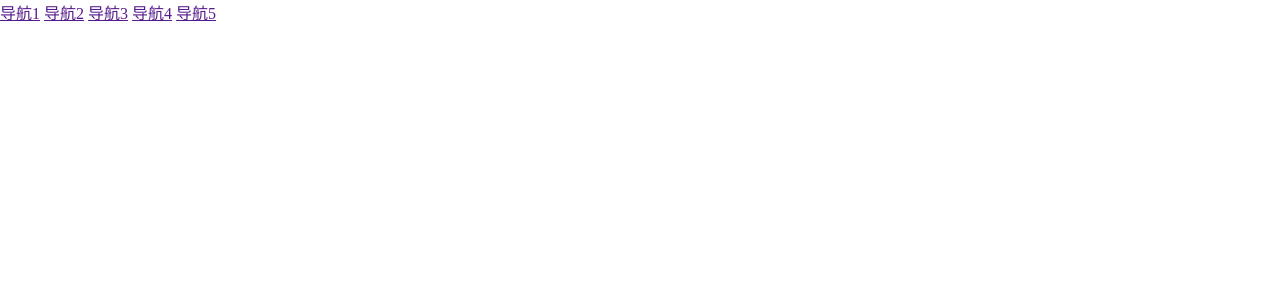
Repository: KaibutsuSama/CodePracticeExample
Page: Html5+Css3/Css3/02.背景属性/06.按钮例子.html
These files come from the project's save history. The page is drawn as it stood at one moment and after a run of saves; the edit follows.
The browser window is 1280 px wide. The pictures show the whole page.

Above is the page before, as saved 2023-01-29 22:01:38.

After the next 2 saves:
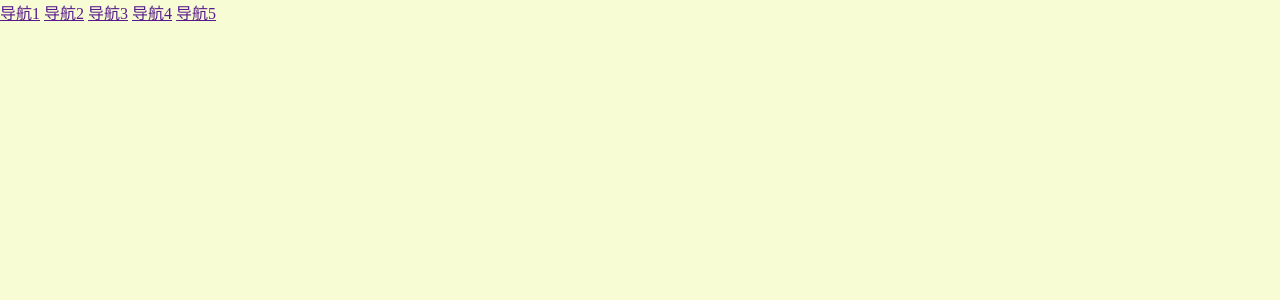
The 2 saves are shown as one change because they came seconds apart.
The last was saved 6 s later.
--- a/Html5+Css3/Css3/02.背景属性/06.按钮例子.html
+++ b/Html5+Css3/Css3/02.背景属性/06.按钮例子.html
@@ -14,8 +14,10 @@
         body{
             margin: 0;
             padding: 0;
-            background-color: #fff;
+            background-color: #f8fcd4;
         }
+
+
     </style>
 </head>
 
